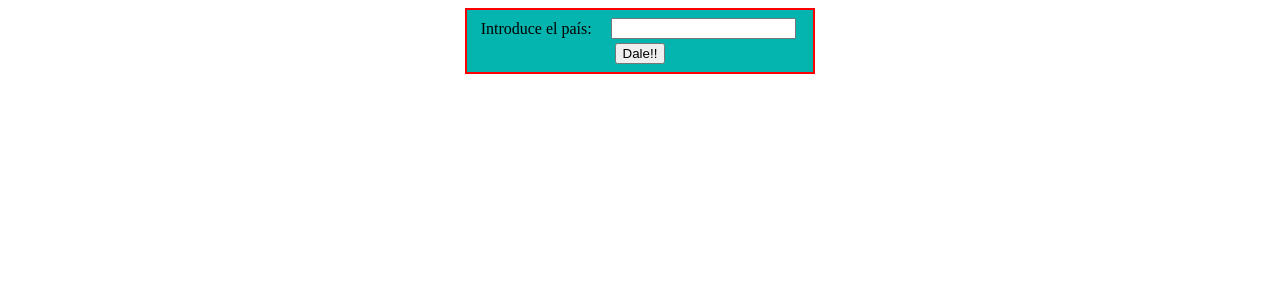
Repository: dasafo/PHP_MySQL_curso
Page: http://localhost/FormularioBusquedaPaises_38_I.php
The author's editor kept a copy of each file at every save. The page is drawn from the files as they stood at one save, then again after the next save.
The browser window is 1280 px wide. The pictures show the whole page.
The page is run by PHP 8.4 with error messages shown; the project is at /var/www/html/.

Above is the page before, as saved 2018-11-09 11:28:25.

After the next save:
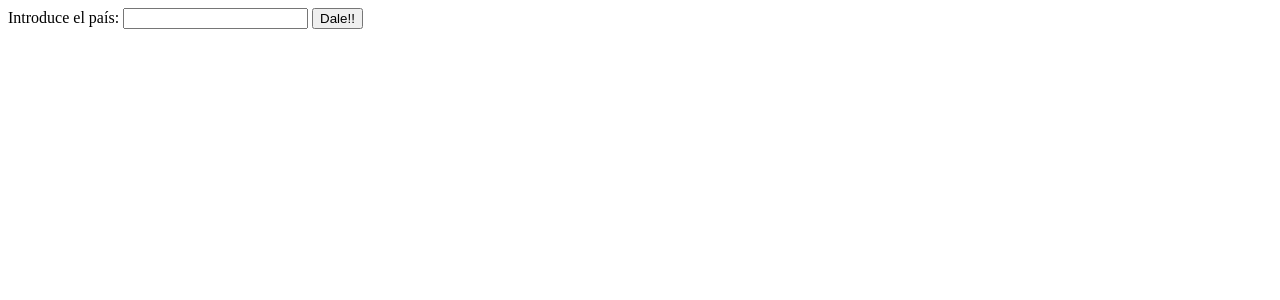
Saved 3 min 18 s later.
--- a/POO/FormularioBusquedaPaises_38_I.php
+++ b/POO/FormularioBusquedaPaises_38_I.php
@@ -28,12 +28,11 @@
 
      <form action="Index_38_II.php" method="get">
 
-     <table>
-     	<tr><td>Introduce el país: </td><td><input type="text" name="buscar"></td></tr>
+     <label>Introduce el país: </td><td><input type="text" name="buscar"></label>
 
-    	<tr><td colspan="2"> <input type="submit" name="enviando" value="Dale!!"></td></tr>
+     <input type="submit" name="enviando" value="Dale!!">
 
-     </table>
+
      </form>
 
     </body>
